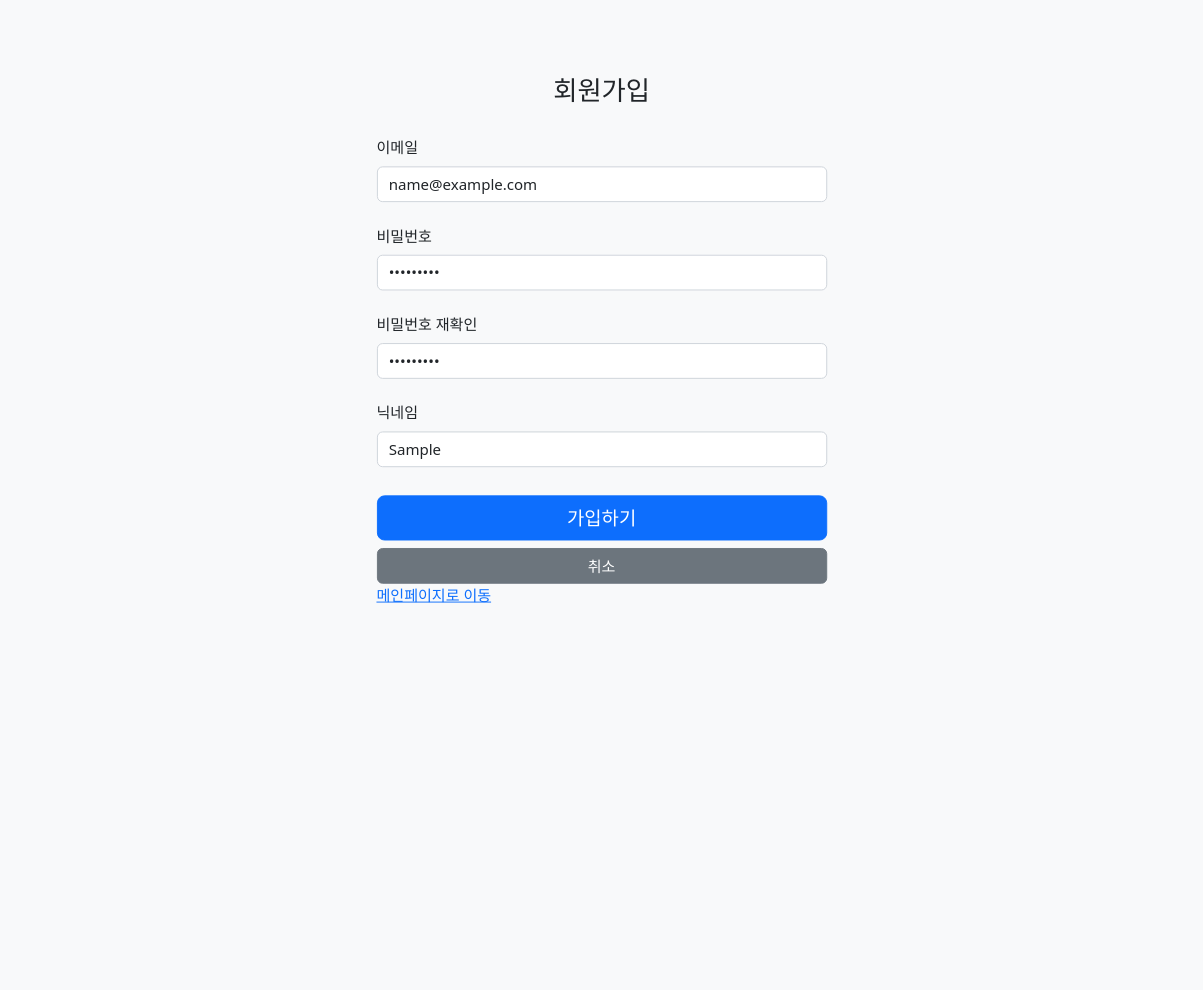
Repository: DNWissac/OJTphp
Page: http://localhost/view/signup.php
The author's editor kept a copy of each file at every save. The page is drawn from the files as they stood at one save, then again after the next save.
The browser window is 1280 px wide. The pictures show the whole page, at 94% of full size.
Empty fields were first filled with sample values (such as "Sample", 5 or name@example.com).
After loading, the first visible `#signupBtn` was clicked once.
The page is run by PHP 8.4 with error messages shown; the project is at /var/www/html/.

Above is the page before, as saved 2022-08-08 05:58:43.
Console error: ReferenceError: spe is not defined

### Board1/View/signup.php
<!DOCTYPE html>
<html>
<head>
<meta charset="UTF-8">
<script type="text/javascript" src="//code.jquery.com/jquery.min.js"></script>
<script>

	$().ready(function()
	{
		// 유효성검사
		$("#signupBtn").click(function()
		{

			$(".errMsg").css("display", "none");
			$(".pwdMsg").css("display", "none");
			$(".rePwdMsg").css("display", "none");

			var email = $("#inputEmail").val();
			var password = $("#inputPassword").val();
			var rePwd = $("#inputRePassword").val();
			var nickName = $("#inputNickName").val();

			// 비밀번호 유효성검사용
			var num = password.search(/[0-9]/g);
			var eng = password.search(/[a-z]/ig);
			/* var spe = password.search(/[`~!@@#$%^&*|₩₩₩'₩";:₩/?]/gi); */

			// 이메일 유효성검사용
			var exptext = /^[A-Za-z0-9_\.\-]+@[A-Za-z0-9\-]+\.[A-Za-z0-9\-]+/;

			// 이메일이 입력되지 않은 경우
			if (email == ""){

				$("#inputEmail").focus();
				$(".emailMsg").text("이메일을 입력해 주세요.");
				$(".emailMsg").css("display", "inline");
				//alert("이메일을 입력해 주세요.");
				return;
			}

			// 이메일이 유효하지 않은 경우
			else if(exptext.test(email)==false){
				$("#inputEmail").focus();
				$(".emailMsg").text("이메일 형식이 올바르지 않습니다.");
				$(".emailMsg").css("display", "inline");
				return;
			}

			// 비밀번호가 입력되지 않은 경우
			else if (password == ""){
				$("#inputPassword").focus();
				$(".pwdMsg").text("비밀번호를 입력해 주세요.");
				$(".pwdMsg").css("display", "inline");
				return;
			}

			// 비밀번호의 길이가 8~20 이내가 아닐 경우
			else if (password.length < 8 || password.length > 20){
				$("#inputPassword").focus();
				$(".pwdMsg").text("8자리~ 20자리 이내로 입력해주세요.");
				$(".pwdMsg").css("display", "inline");
				return;
			}

			// 비밀번호가 영문/숫자/특수문자가 혼합되어 있지 않은 경우
			else if(num < 0 || eng < 0 || spe < 0){
				$("#inputPassword").focus();
				$(".pwdMsg").text("영문, 숫자, 특수문자를 혼합하여 입력해주세요.");
				$(".pwdMsg").css("display", "inline");
				return;
			}

			// 비밀번호가 일치하지 않는 경우
			else if (rePwd != password){
				$("#inputRePassword").focus();
				$(".rePwdMsg").text("비밀번호가 일치하지 않습니다.");
				$(".rePwdMsg").css("display", "inline");
				return;
			}

			// 닉네임이 입력되지 않은 경우
			else if (nickName == ""){
				$("#inputNickName").focus();
				$(".nickMsg").css("display", "inline");
				return;
			}



		});
	});


</script>

<style type="text/css">

    /* 섹션 크기 */
    .bg-light{
            height: 1053px;
            padding-top:55px;
            padding-bottom:75px;
    }
    .flex-fill.mx-xl-5.mb-2{
            margin: 0 auto;
            width : 700px;
            padding-right: 7rem;
            padding-left: 7rem;
    }

    /* 입력창 */
    .container.py-4{
            margin: 0 auto;
            width : 503px;
    }
    /* 가입버튼 */
    .d-grid.gap-2{
            padding-top: 30px;
    }
    /* 에러메시지 */
    .errMsg{
            color: red;
            display: none;
    }

</style>
<title>회원가입</title>


<!-- 부트스트랩 css, js-->
<link href="https://cdn.jsdelivr.net/npm/bootstrap@5.2.0/dist/css/bootstrap.min.css"
rel="stylesheet" integrity="sha384-gH2yIJqKdNHPEq0n4Mqa/HGKIhSkIHeL5AyhkYV8i59U5AR6csBvApHHNl/vI1Bx" crossorigin="anonymous">
<script src="https://cdn.jsdelivr.net/npm/bootstrap@5.2.0/dist/js/bootstrap.bundle.min.js"
integrity="sha384-A3rJD856KowSb7dwlZdYEkO39Gagi7vIsF0jrRAoQmDKKtQBHUuLZ9AsSv4jD4Xa" crossorigin="anonymous"></script>

</head>
<body>
<section class="bg-light">
    <div class="container py-4">
    	<h3 style="text-align: center;">회원가입</h3>

        <div>
            <form class="signform">
                <div class="form-group">
                    <label for="inputEmail" class="form-label mt-4">이메일</label>
                    <input type="email" class="form-control" id="inputEmail" aria-describedby="emailHelp"
                    placeholder="ex)example@gmail.com">
                    <div>
                    	<span class="errMsg emailMsg"></span>
                    </div>
                </div>

                <div class="form-group has-success">
                    <label for="inputPassword" class="form-label mt-4">비밀번호</label>
                    <input type="password" class="form-control" id="inputPassword" placeholder="영문, 숫자, 특수문자를 혼합한 8~20자리">
                    <div>
                    	<span class="errMsg pwdMsg"></span>
                    </div>
                </div>

                <div class="form-group has-danger">
                    <label for="inputRePassword" class="form-label mt-4">비밀번호 재확인</label>
                    <input type="password" class="form-control" id="inputRePassword">
                    <div>
                    	<span class="errMsg rePwdMsg"></span>
                    </div>
                </div>

                <div class="form-group">
                    <label for="inputNickName" class="form-label mt-4">닉네임</label>
                    <input type="text" class="form-control" id="inputNickName">
                    <div>
                    	<span class="errMsg nickMsg">닉네임을 입력해 주세요.</span>
                    </div>
                </div>

                <div class="d-grid gap-2">
                    <button type="button" class="btn btn-primary btn-lg" id="signupBtn">가입하기</button>
                    <button type="button" class="btn btn-secondary" onclick="location.href='signin.php'">
                    	취소
                    </button>
                </div>
                <a href="../index.php">메인페이지로 이동</a>
            </form>
        </div>

    </div>
</section>




</body>
</html>

After the next save:
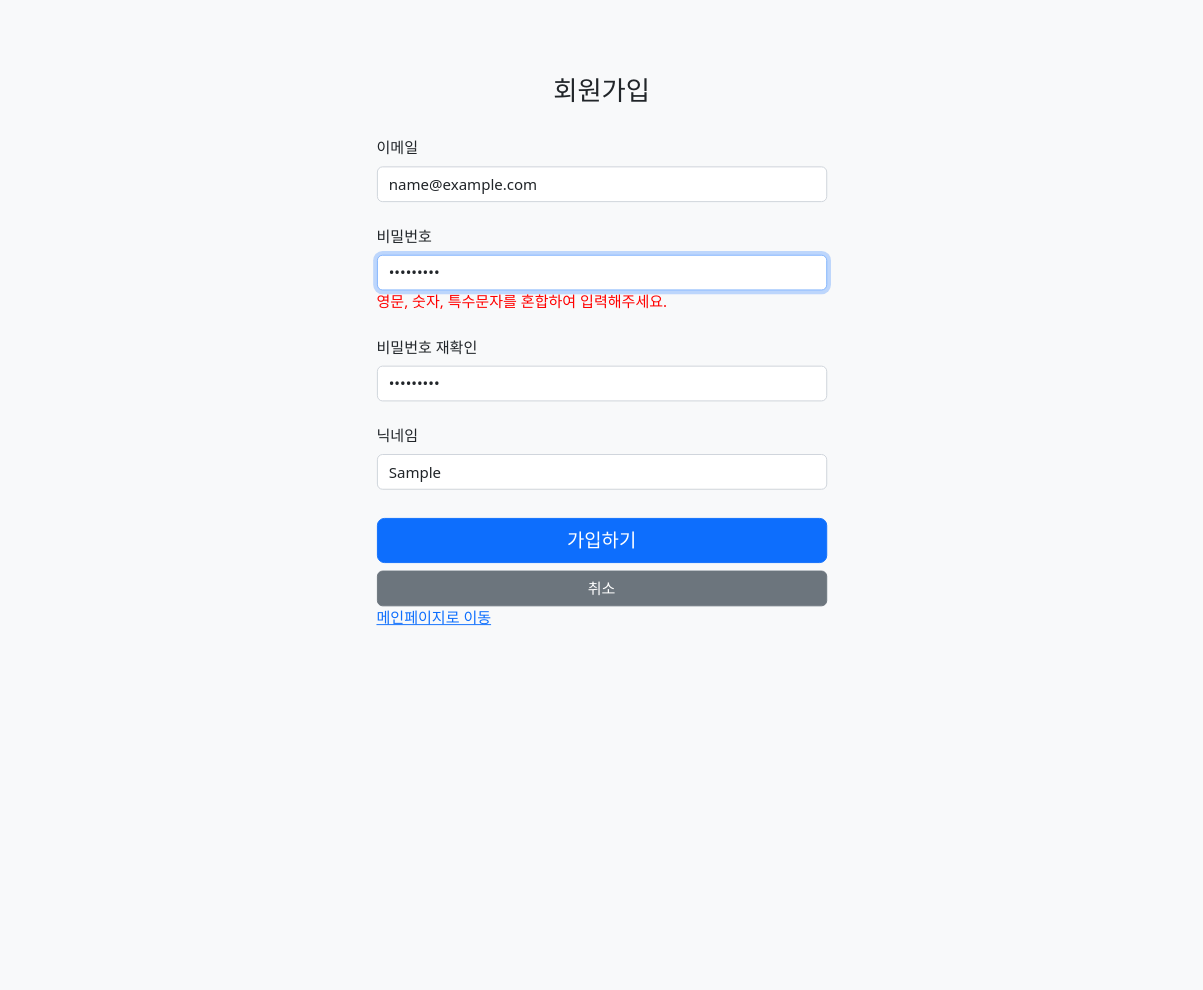
The error is gone.
Saved 38 s later.
--- a/Board1/View/signup.php
+++ b/Board1/View/signup.php
@@ -23,7 +23,7 @@
 			// 비밀번호 유효성검사용
 			var num = password.search(/[0-9]/g);
 			var eng = password.search(/[a-z]/ig);
-			/* var spe = password.search(/[`~!@@#$%^&*|₩₩₩'₩";:₩/?]/gi); */
+			var spe = password.search(/[`~!@@#$%^&*|₩₩₩'₩";:₩/?]/gi);
 
 			// 이메일 유효성검사용
 			var exptext = /^[A-Za-z0-9_\.\-]+@[A-Za-z0-9\-]+\.[A-Za-z0-9\-]+/;
@@ -62,6 +62,16 @@
 				return;
 			}
 
+			/*
+			// 비밀번호에 공백이 있을 경우
+			else if (password.length(/\s/) != -1{
+				$("#inputPassword").focus();
+				$(".pwdMsg").text("비밀번호는 공백 없이 입력해주세요.");
+				$(".pwdMsg").css("display", "inline");
+				return;
+			}
+
+			*/
 			// 비밀번호가 영문/숫자/특수문자가 혼합되어 있지 않은 경우
 			else if(num < 0 || eng < 0 || spe < 0){
 				$("#inputPassword").focus();
